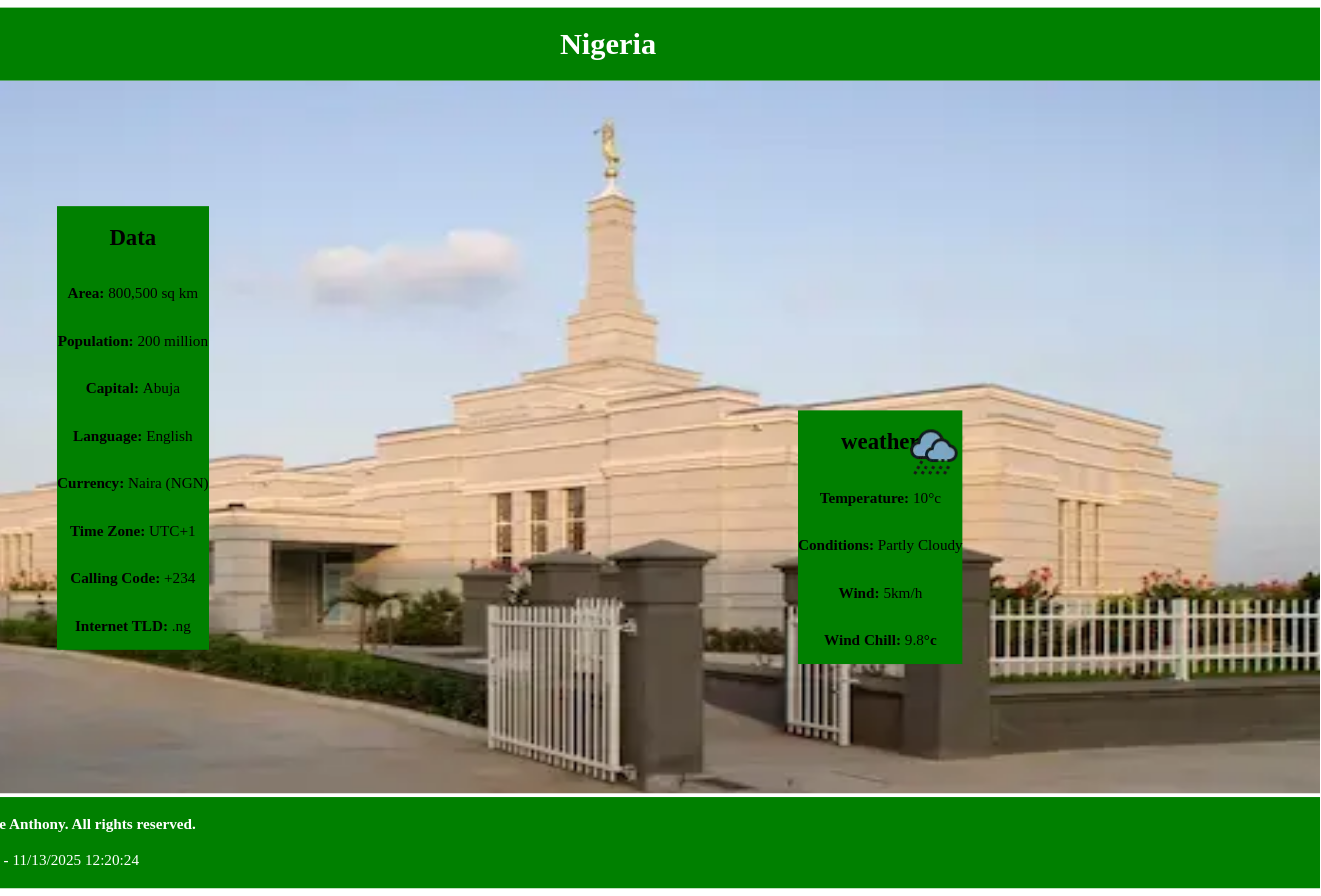
Repository: NoblesNigeria/wdd131
Page: place.html
These files come from the project's save history. The page is drawn as it stood at one moment and after the next save; the edit follows.
The browser window is 1280 px wide. The page is 1390 px wide, so the pictures cover 1390 px, including what lies to the right of the window. The pictures show the whole page, at 95% of full size.

Above is the page before, as saved 2025-11-13 14:14:33.

After the next save:
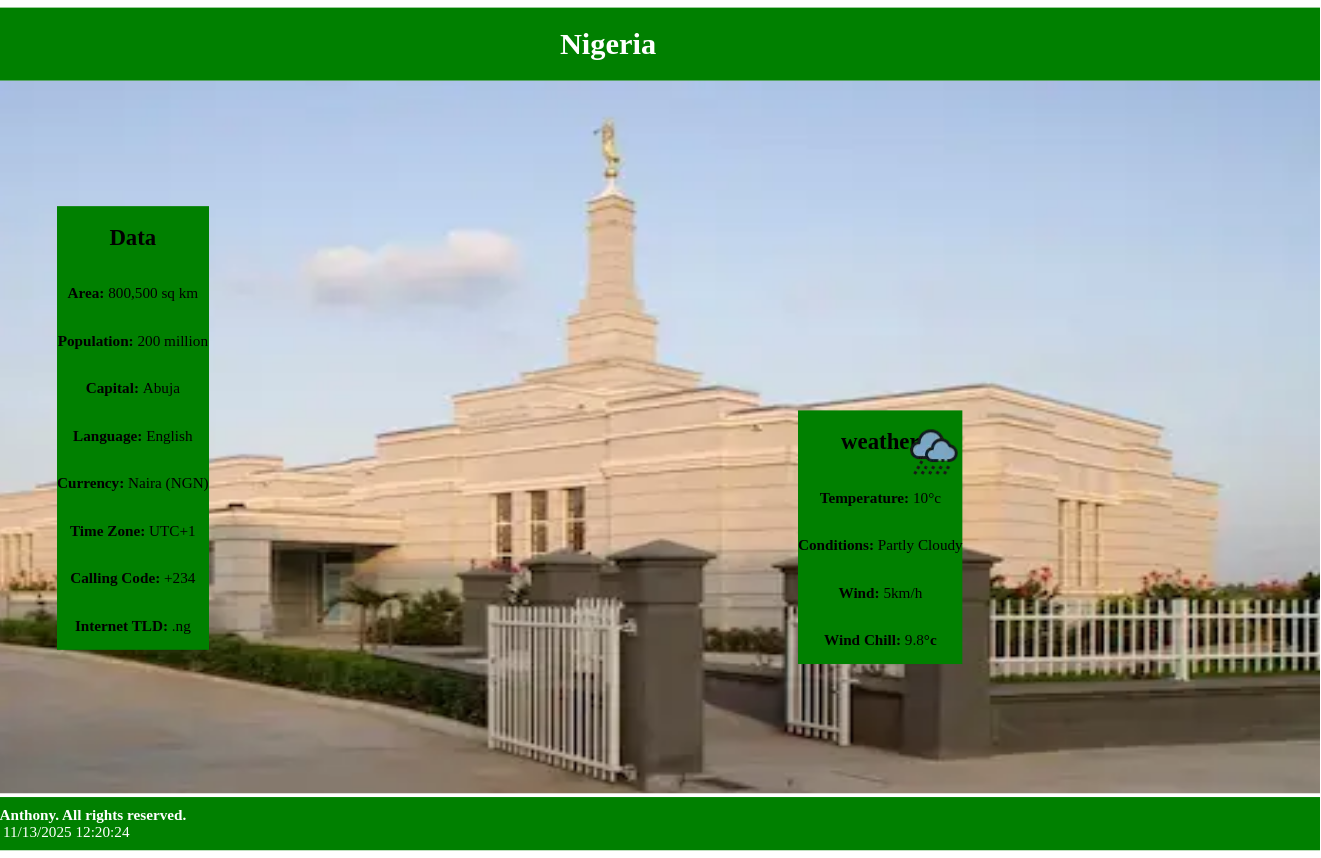
Saved 15 s later.
--- a/styles/place-large.css
+++ b/styles/place-large.css
@@ -56,7 +56,6 @@ footer{
 }
 footer p{
     margin: 0;
-    padding: var(--padding);
     font-size: 1rem;
     color: white;
     align-items: center;
